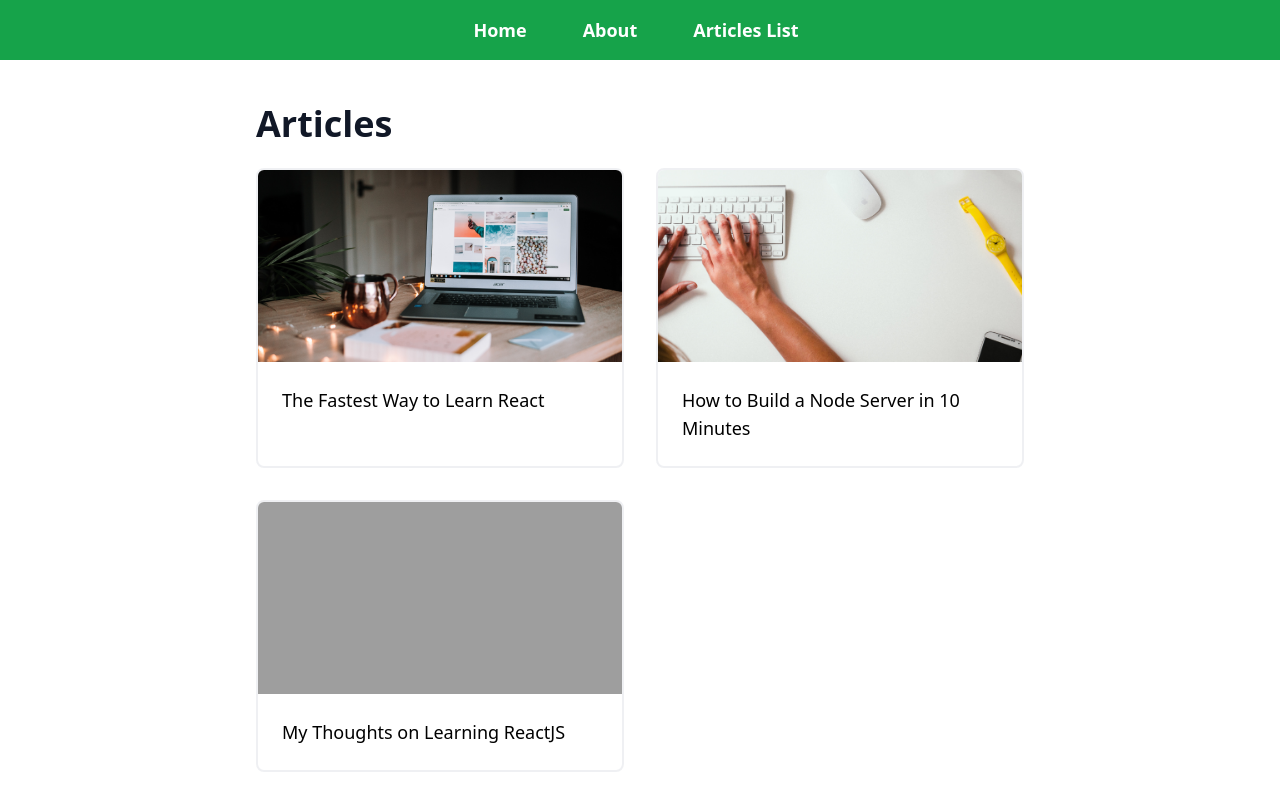
Repository: ymw0331/blog-mern-webapp
Page: /articles-list (app in client/)
The author's editor kept a copy of each file at every save. The page is drawn from the files as they stood at one save, then again after a run of saves.
The browser window is 1280 px wide. The pictures show the whole page.
Pictures or frames that could not be fetched are drawn as grey boxes. The project was rebuilt for these pictures with package versions that can differ from the ones it lists, and the page was loaded fresh each time. Also part of the build but not shown: client/src/pages/Home.js, client/src/pages/About.js, client/src/pages/Article.js.

Above is the page before, as saved 2022-12-10 21:25:35.

After the next 4 saves:
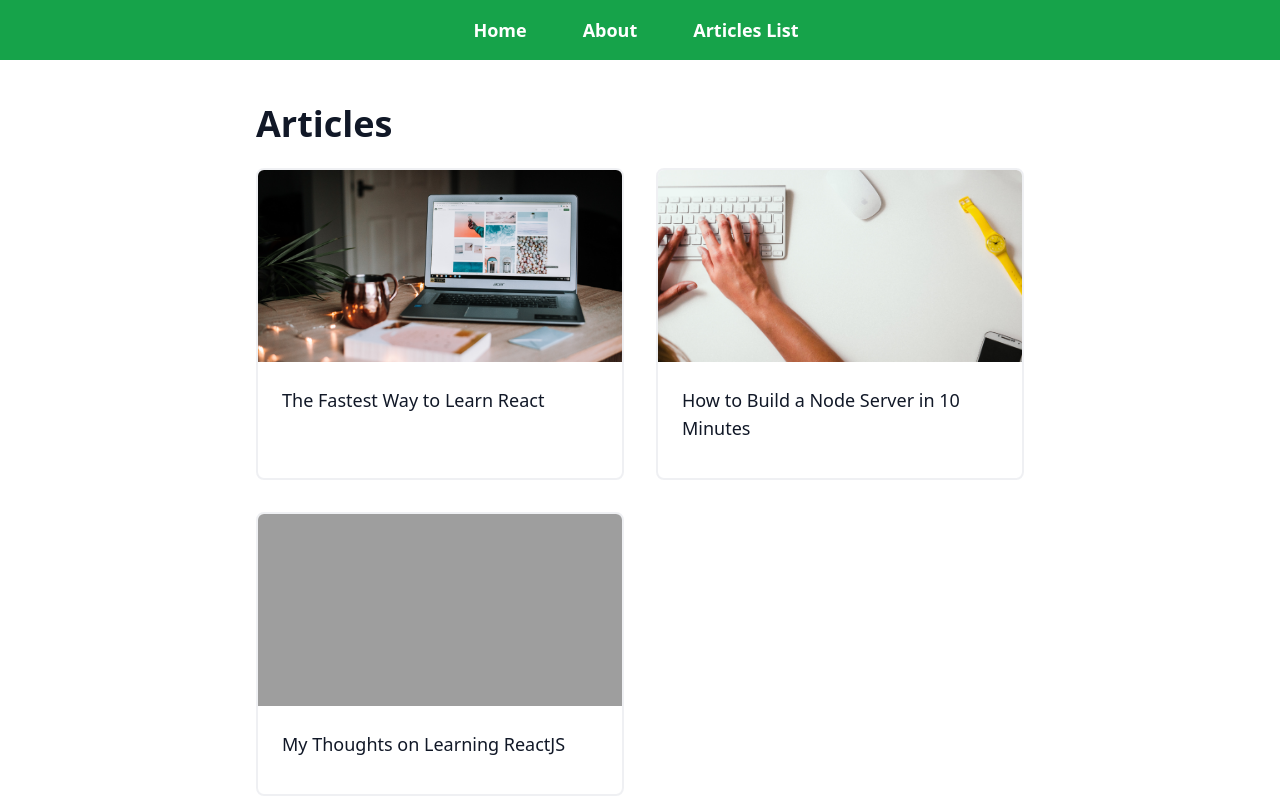
The 4 saves are shown as one change because they came seconds apart.
The last was saved 11 s later.
--- a/client/src/pages/ArticlesList.js
+++ b/client/src/pages/ArticlesList.js
@@ -22,8 +22,9 @@ const ArticlesList = () => {
                 </Link>
                 <div className='p-6'>
                   <Link key={index} to={`/article/${article.name}`}>
-                    <h3 className='text-lg font-medium text-gray '>{article.title}</h3>
-
+                    <h3 className='text-lg font-medium text-gray-900 mb-3'>
+                      {article.title}
+                    </h3>
                   </Link>
                 </div>
               </div>
